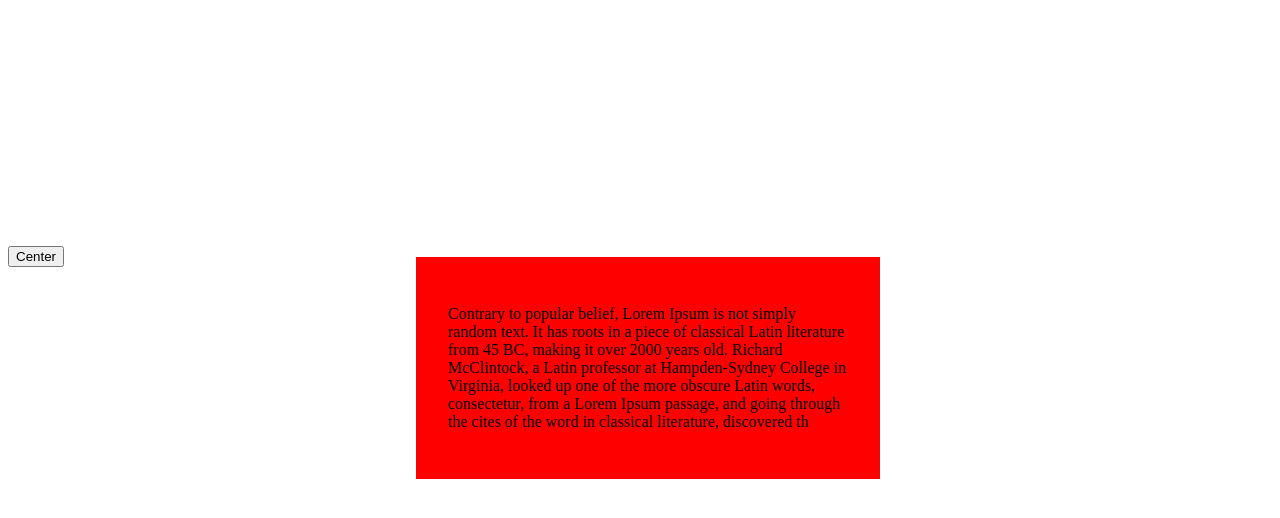
Repository: nema38/30DaysTrainning
Page: 30Days12/index.html
The author's editor kept a copy of each file at every save. The page is drawn from the files as they stood at one save, then again after the next save.
The browser window is 1280 px wide. The pictures show the whole page.
After loading, the first visible `button` was clicked once.
Some web libraries are served in a nearby version.

Above is the page before, as saved 2014-04-17 20:27:59.

After the next save:
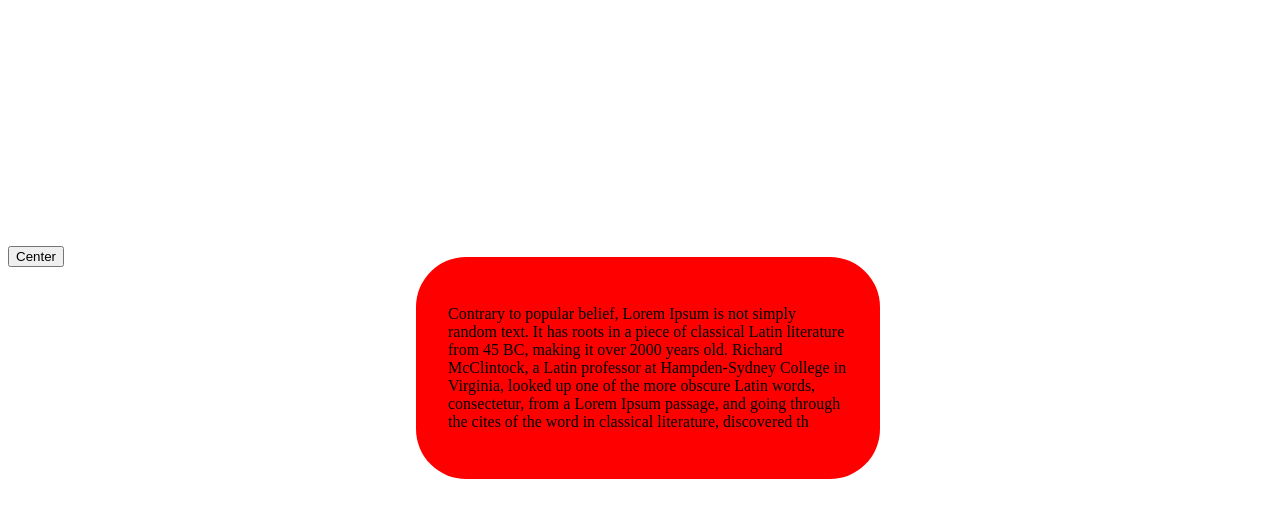
Saved 76 s later.
--- a/30Days12/index.html
+++ b/30Days12/index.html
@@ -49,7 +49,7 @@
 					'position': 'absolute'
 
 				});
-				box.addClass('.rounded');
+				box.addClass('rounded');
 
 			//	box.animate( {
 			//		'fontSize': '+=1',
